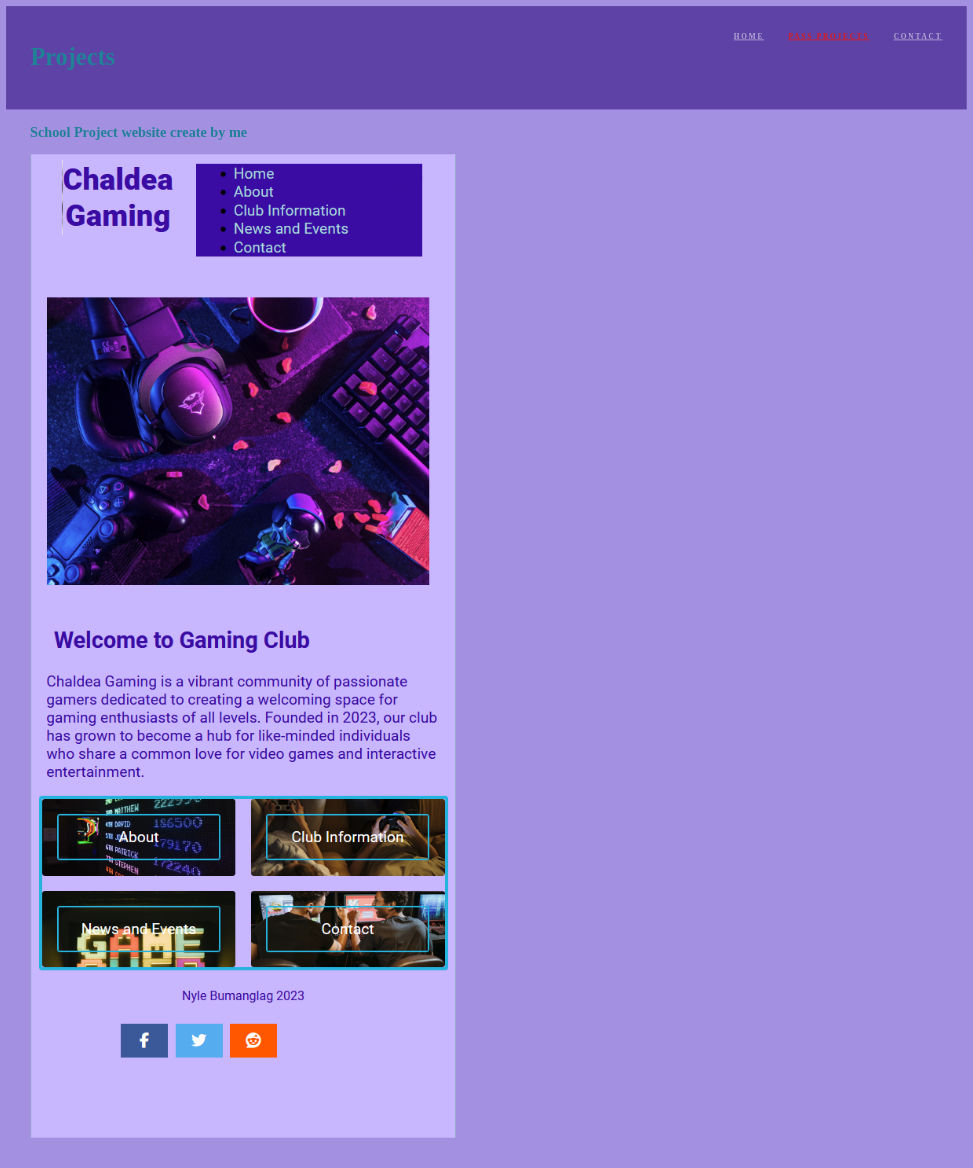
Repository: NyleNC/main
Page: projects.html
These files come from the project's save history. The page is drawn as it stood at one moment and after a run of saves; the edit follows.
The browser window is 1280 px wide. The pictures show the whole page, at 76% of full size.

Above is the page before, as saved 2024-11-07 00:36:13.

After the next 2 saves:
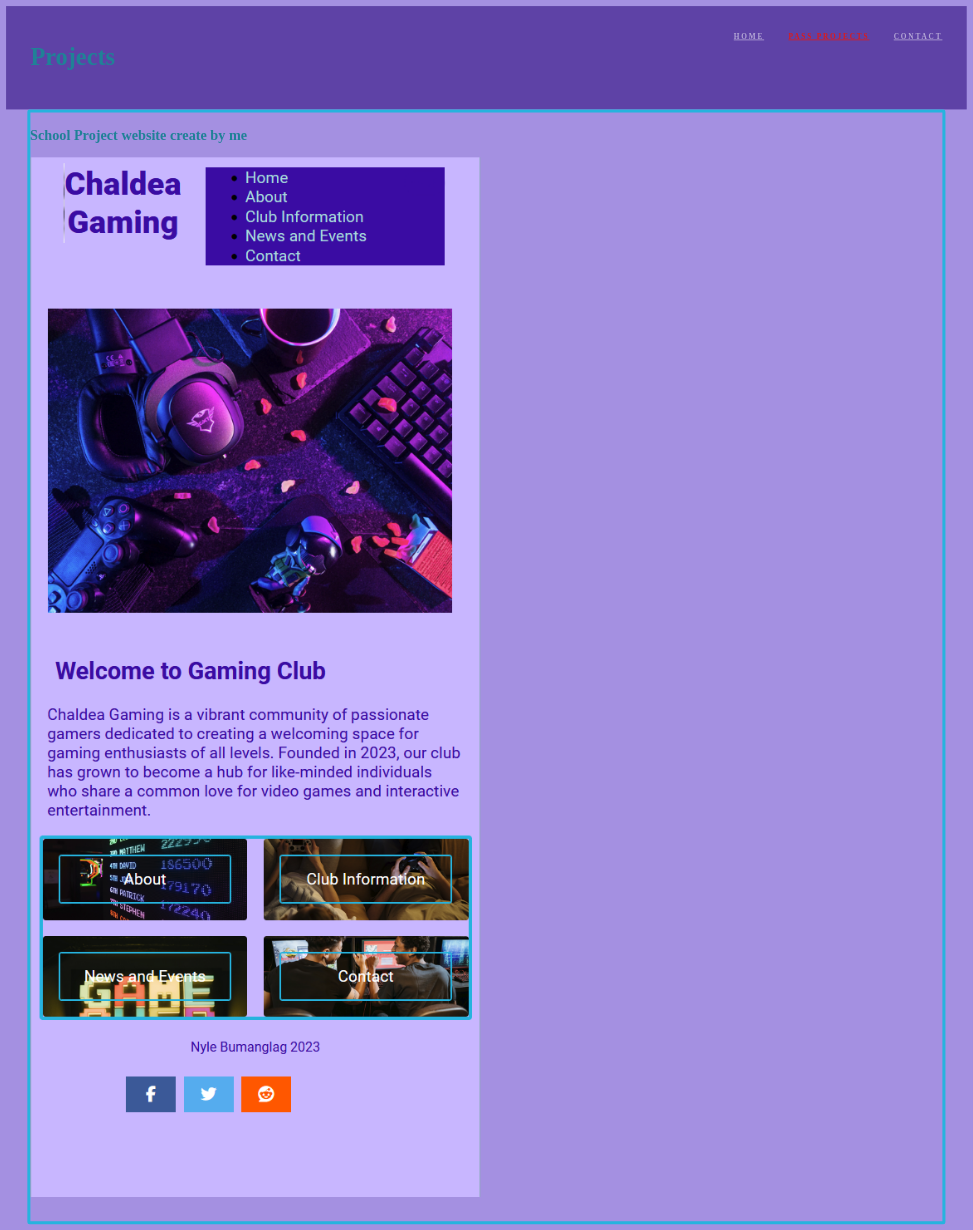
The 2 saves are shown as one change because they came seconds apart.
The last was saved 19 s later.
--- a/style.css
+++ b/style.css
@@ -64,15 +64,13 @@ color: #dd1a1a;
  margin: 0 0 2em 0;
  width: 100%;
 }
-.container{
+ .container{
     margin: 0 auto;
-    gap: 5em;
+    gap: 1em;
     display: grid;
     grid-template-columns:  1fr 1fr;
 	width: 95%;
     height: auto;
+    border: 4px solid #26b3de;
+    border-radius:3px;
 }
-.container h3{
-    font-weight: 700;
-
-}
